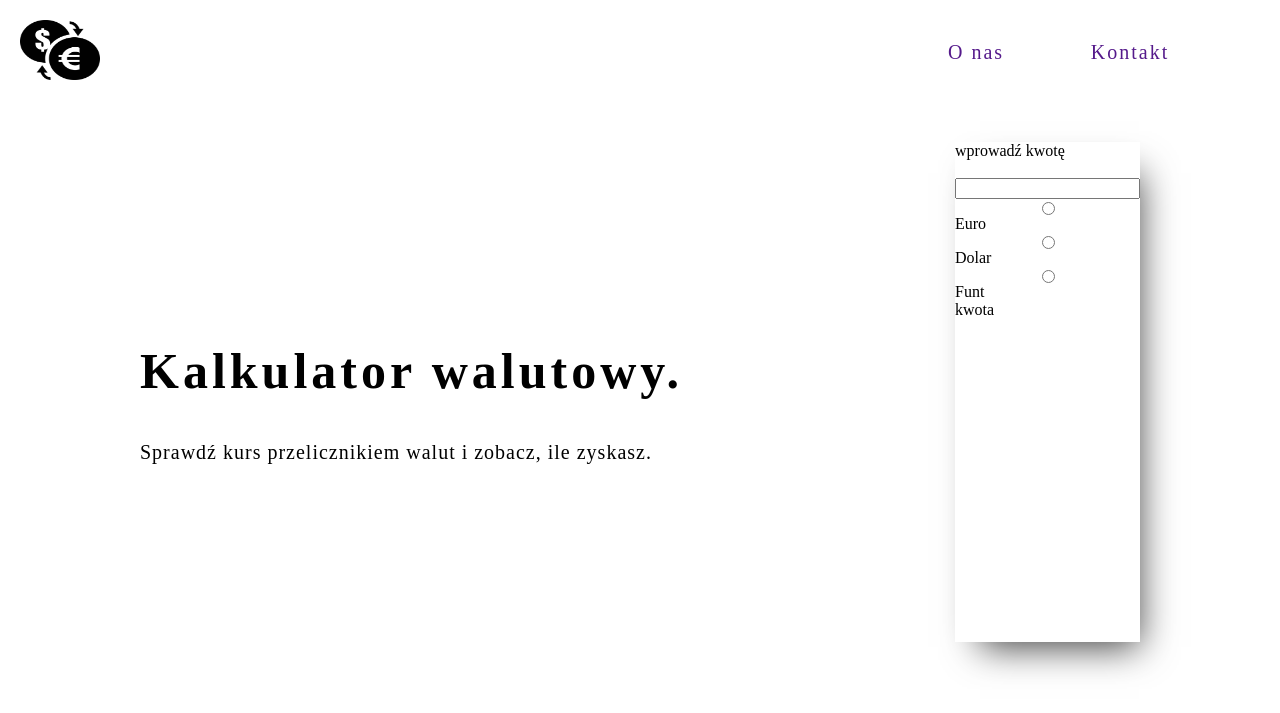
Repository: SebastianArmata22/Kalkulator-walut
Page: index.html
An editor plug-in stored every save of this project. The page is shown before and after the next save, followed by the edit.
The browser window is 1280 px wide. The pictures show the whole page.

Above is the page before, as saved 2020-10-23 15:55:42.

### index.html
<!DOCTYPE html>

<html>
    <head>
        <meta charset="utf-8">
        <meta http-equiv="X-UA-Compatible" content="IE=edge">
        <title>Kalkulator walut</title>
        <meta name="description" content="">
        <meta name="viewport" content="width=device-width, initial-scale=1">
        <link rel="stylesheet" href="style.css">
    </head>
    <body>

    <div class="container">
        <nav>
        <div class="menu-container">
            <div class="logo">
                <img src="./photos/logo.png">
            </div>
            <div class="menu">
                <ul>
                    <li><a href="">O nas</a></li>
                    <li><a href="">Kontakt</a></li>
                </ul>
            </div>
        </div>
        </nav>
        <section>
        <div class="main-content">
            <div class="calculator-content">
            <div class="text">
                <h1>Kalkulator walutowy<span>.</span></h1>
                <p>Sprawdź kurs przelicznikiem walut i zobacz, ile zyskasz.</p>
            </div>
            <div class="calculator">
                <label for="inputNumber">wprowadź kwotę</label><br>
                <input type="number" id="inputNumber">
                <input type="radio" value="euro" id="inputEuro" name="money">
                <label for="inputEuro">Euro </label>
                <input type="radio" value="dolar" id="inputDolar" name="money">
                <label for="inputDolar">Dolar</label>
                <input type="radio" value="funt" id="inputFunt" name="money">
                <label for="inputFunt"> Funt</label>
                <label for="outputNumber"> kwota</label><br>
                <div id="outputNumber"></div>
            </div>
        </div>
    </div>
        </section>
    </div>
        <script src="script.js" ></script>
    </body>
</html>

### style.css
body{
    margin: 0;
    padding: 0;
    box-sizing: border-box;
}
.container{
width: 100%;
}
.menu-container{
    position: relative;
    display: flex;
    align-items: center;
}
.logo img{
    position: relative;
    top: 0;
    left: 0;
    height: 60px;
    width: 80px;
    padding: 20px;
}
.menu{

    position: absolute;
    right: 0;
   margin-right: 50px;
}
.menu ul li{
    display: inline-flex;
    justify-content: space-around;
}
.menu ul li a{
    display: flex;
    text-decoration: none;
    height: 50px;
    width: 100px;
    justify-content: center;
    align-items: center;
    font-size: 20px;
    letter-spacing: 2px;
    margin-right: 50px;
}

.menu ul li a:hover{
    border-bottom: 5px solid #2980b9;
    margin-bottom: -5px;
    transition: all 0.3s ease-out;

}
.main-content{
    display: flex;
    align-items: center;
    justify-content: center;
}
.calculator-content{
    min-width: 1000px;
    height: 80vh;
    display: flex;
    align-items: center;
    justify-content:space-between;
}
.calculator{
    display: flex;
    flex-direction: column;
    box-shadow: 12px 18px 35px -13px rgba(0,0,0,0.75);
    height: 500px;
}
.text h1{
    font-size: 50px;
    letter-spacing: 4px;
}
.text p{
    font-size: 20px;
    letter-spacing: 1px;

}

Loaded but not shown: script.js (no copy from this time; the picture is the same without it)

After the next save:
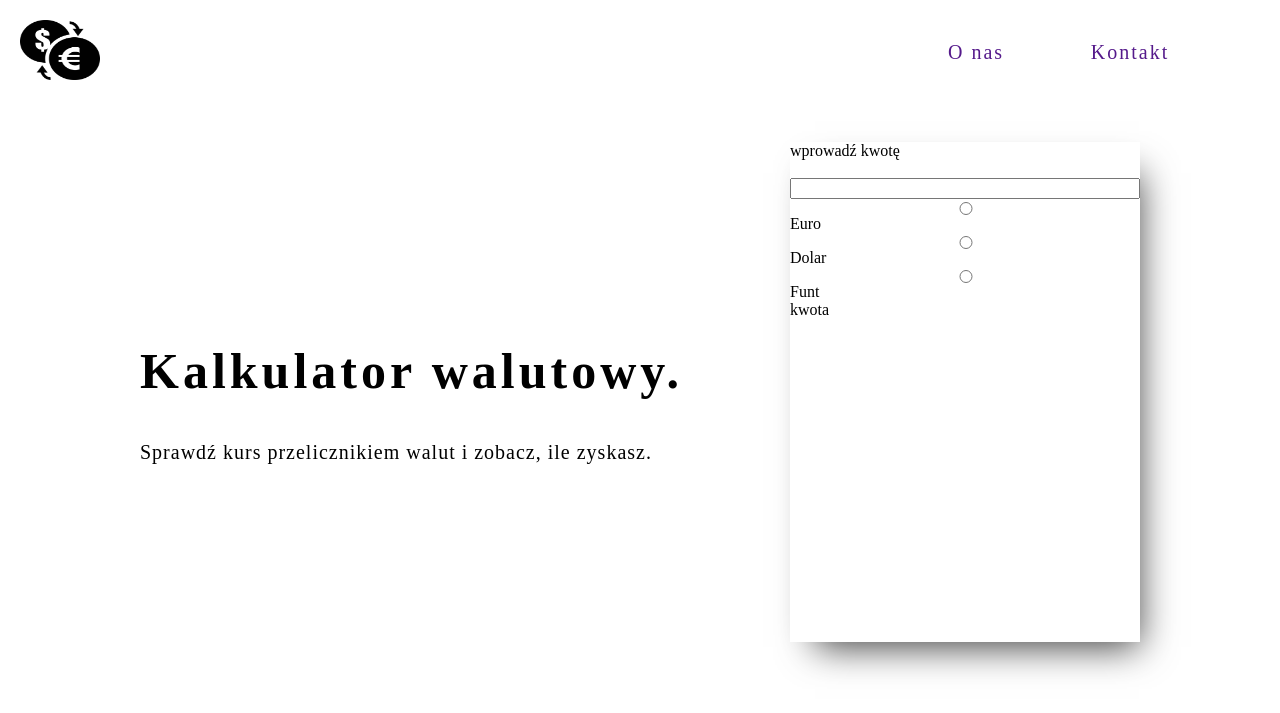
Saved 12 s later.
--- a/style.css
+++ b/style.css
@@ -64,6 +64,7 @@ width: 100%;
     flex-direction: column;
     box-shadow: 12px 18px 35px -13px rgba(0,0,0,0.75);
     height: 500px;
+    width: 350px;
 }
 .text h1{
     font-size: 50px;
